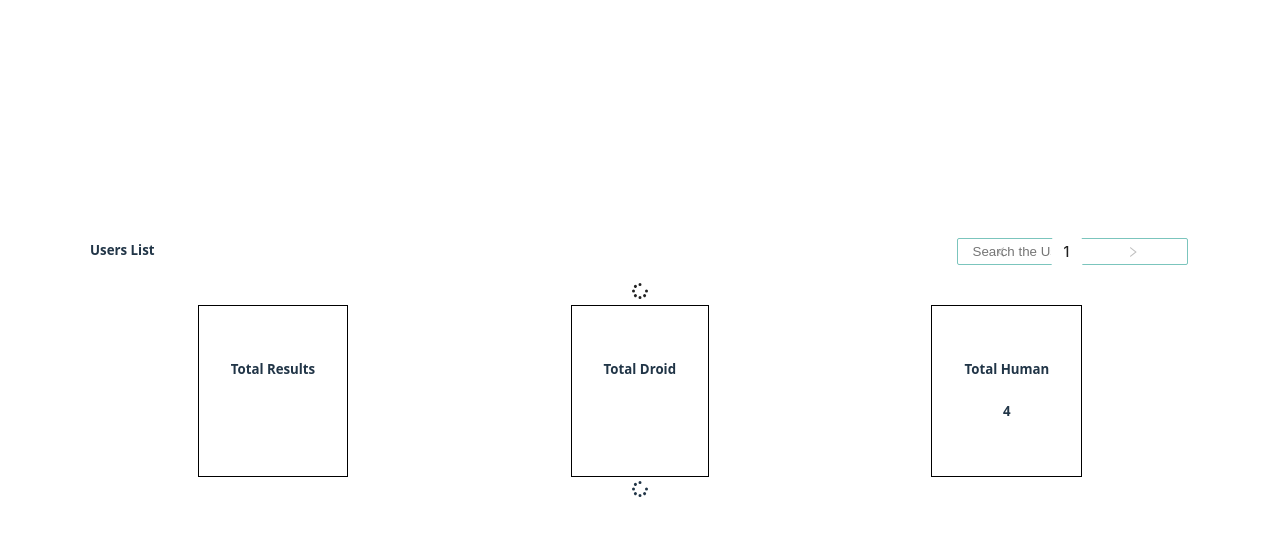
Repository: jassi73/DataTable
Page: /
These files come from the project's save history. The page is drawn as it stood at one moment and after the next save; the edit follows.
The browser window is 1280 px wide. The pictures show the whole page.
The page's requests for data from a server got no answer. The project was rebuilt for these pictures with package versions that can differ from the ones it lists, and the page was loaded fresh each time. No one was signed in, and anything a server would have sent is missing. Also part of the build but not shown: vite.config.js.

Above is the page before, as saved 2023-05-15 00:15:07.

After the next save:
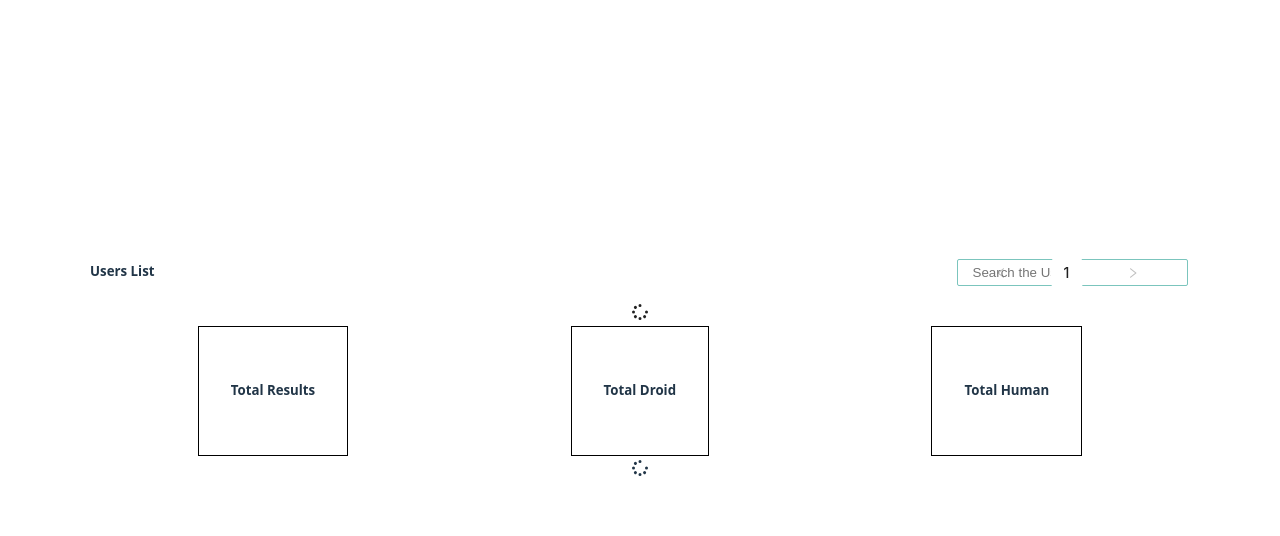
Saved 21 s later.
--- a/src/App.jsx
+++ b/src/App.jsx
@@ -162,7 +162,7 @@ const totalDroid = data?.results && data?.results.length - totalHuman&& totalHum
       <div className="cardContainer">
 <Card cardName="Total Results" count={data?.results&&data?.results.length}/>
 <Card cardName="Total Droid" count={totalDroid}/>
-<Card cardName="Total Human" count={4}/>
+<Card cardName="Total Human" count={totalHuman && totalHuman.length}/>
       </div>
       <SpeciesModal open={openSpeciesModal} handleCancel={handleCancel} handleOk={handleOk} speciesUrl={speciesUrl} />
     </div>

After the save that followed:
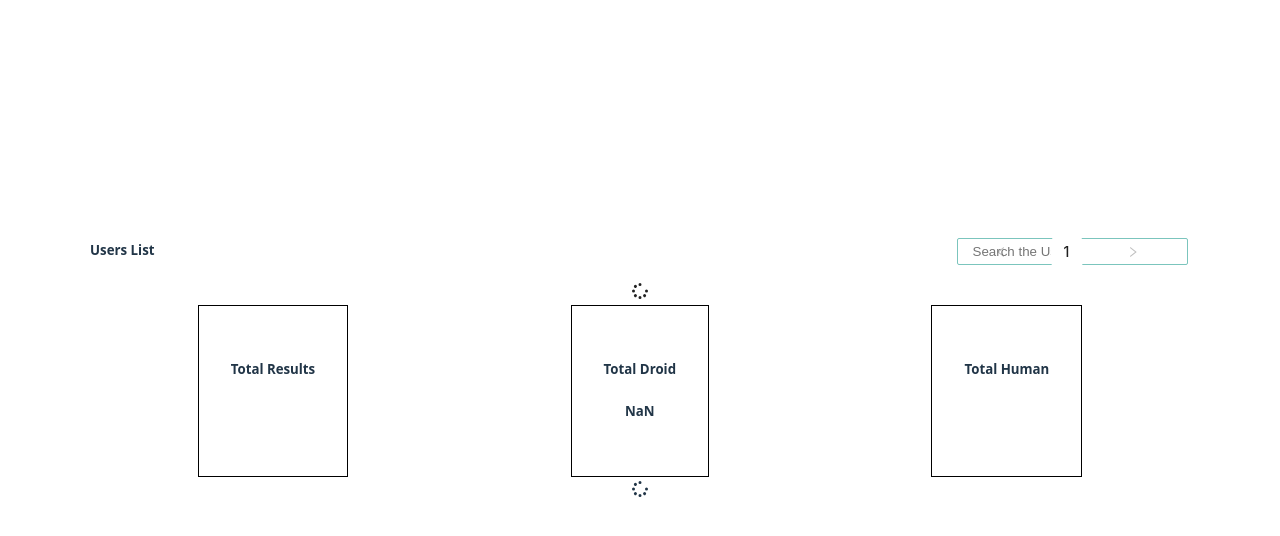
Saved 64 s later.
--- a/src/App.jsx
+++ b/src/App.jsx
@@ -55,7 +55,7 @@ const App = () => {
   }
 
   const totalHuman = data?.results && data?.results.filter((item)=>item?.gender==="male"||item?.gender==="female")
-const totalDroid = data?.results && data?.results.length - totalHuman&& totalHuman.length
+const totalDroid = (data?.results && data?.results.length )- (totalHuman&& totalHuman.length)
 
   const columns = [
     {
